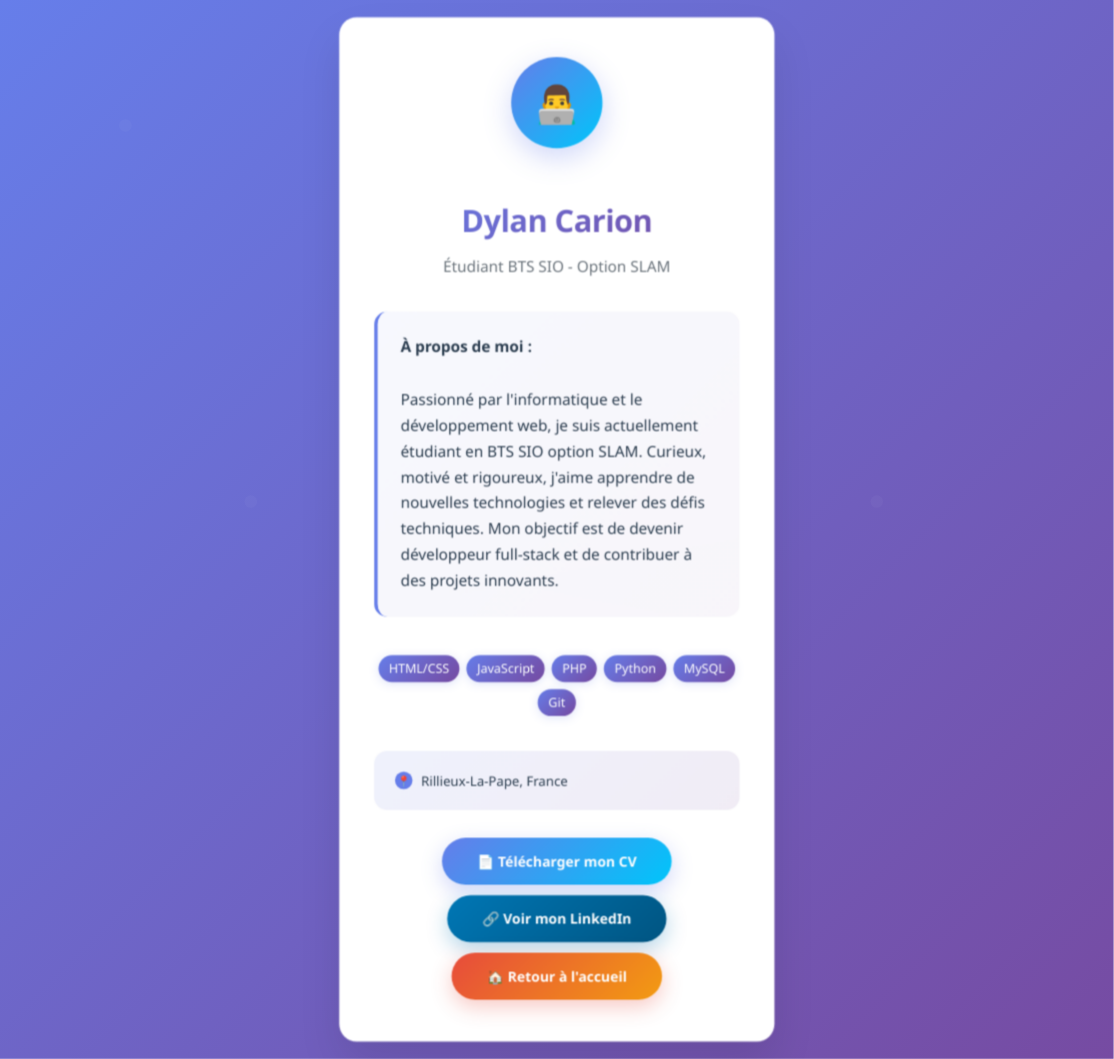
Repository: gato2fraises/Portfolio
Page: cv.html
These files come from the project's save history. The page is drawn as it stood at one moment and after the next save; the edit follows.
The browser window is 1280 px wide. The pictures show the whole page, at 87% of full size.

Above is the page before, as saved 2025-09-10 13:52:18.

After the next save:
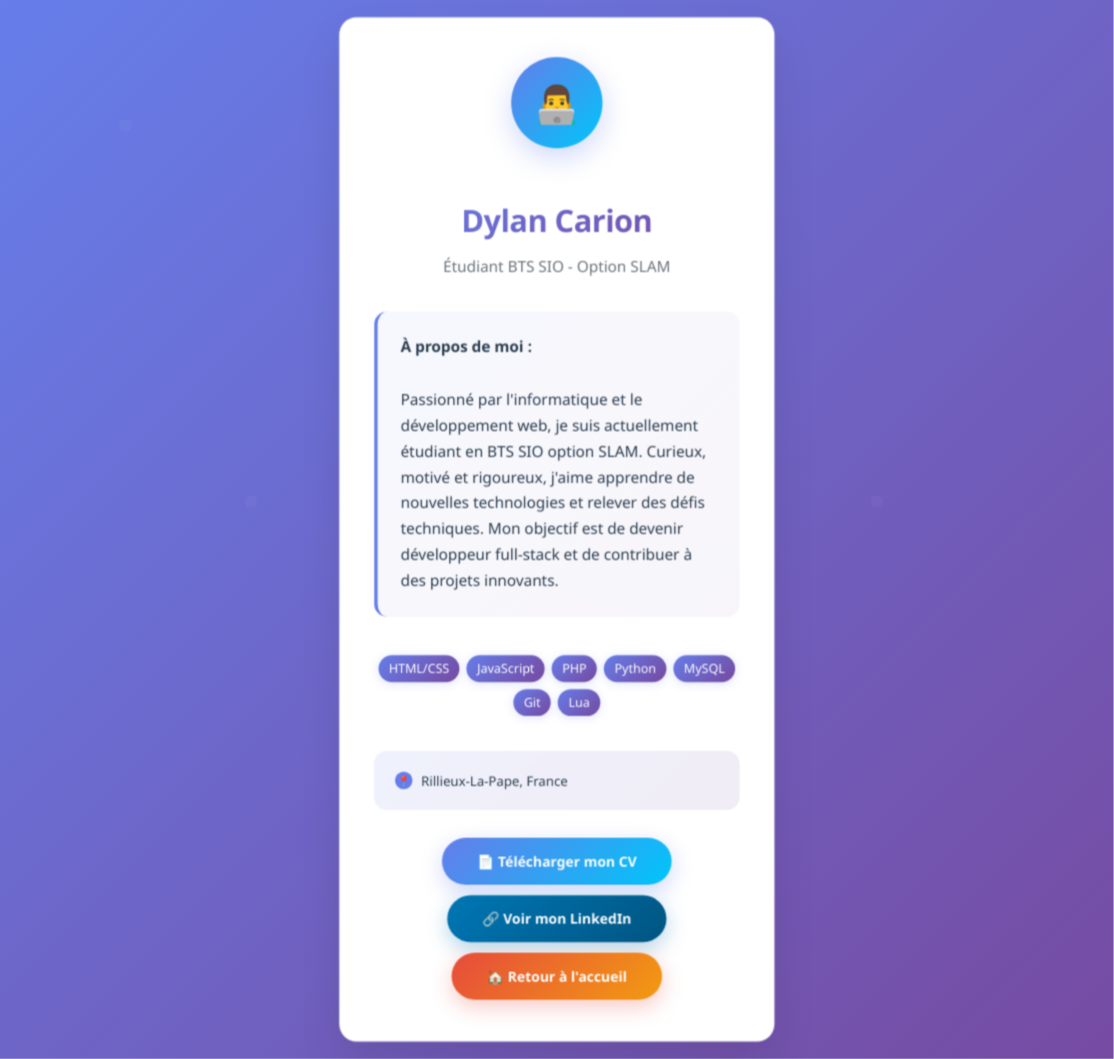
Saved 4 min 4 s later.
--- a/cv.html
+++ b/cv.html
@@ -333,6 +333,7 @@
             <span class="skill-tag">Python</span>
             <span class="skill-tag">MySQL</span>
             <span class="skill-tag">Git</span>
+            <span class="skill-tag">Lua</span>
         </div>
 
         <div class="contact-info">
